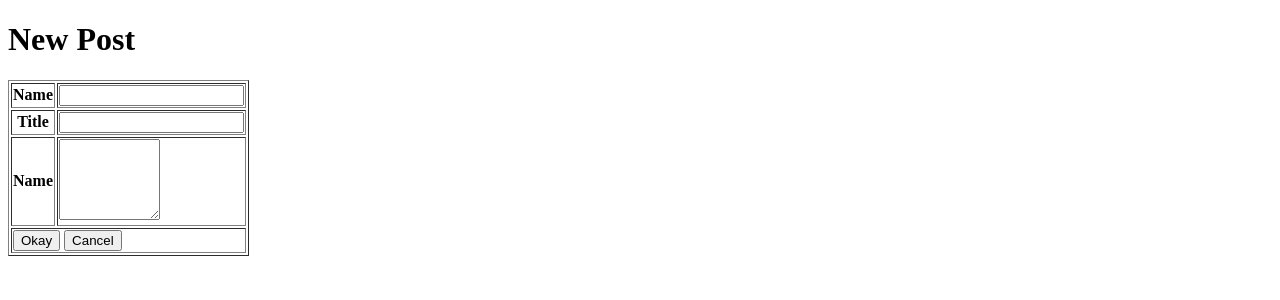
Repository: Dasommm/SpringFramework
Page: http://localhost/springMVC05_update_jdbc/insertform.do
The author's editor kept a copy of each file at every save. The page is drawn from the files as they stood at one save, then again after the next save.
The browser window is 1280 px wide. The pictures show the whole page.
The page is served by Tomcat 9.

Above is the page before, as saved 2020-03-31 08:53:35.

After the next save:
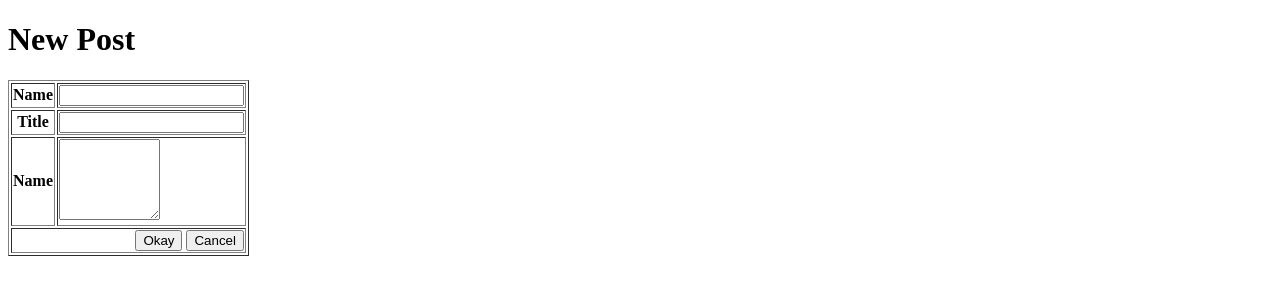
Saved 13 s later.
--- a/springMVC05_update_jdbc/src/main/webapp/WEB-INF/views/insertform.jsp
+++ b/springMVC05_update_jdbc/src/main/webapp/WEB-INF/views/insertform.jsp
@@ -25,7 +25,7 @@
 		<td><textarea rows="5" cols="10" name="content"></textarea></td>
 	</tr>
 	<tr>
-		<td colspan="2">
+		<td colspan="2" align="right">
 			<input type="submit" value="Okay">
 			<input type="button" value="Cancel" onclick="location.href='list.do'">
 		</td>
